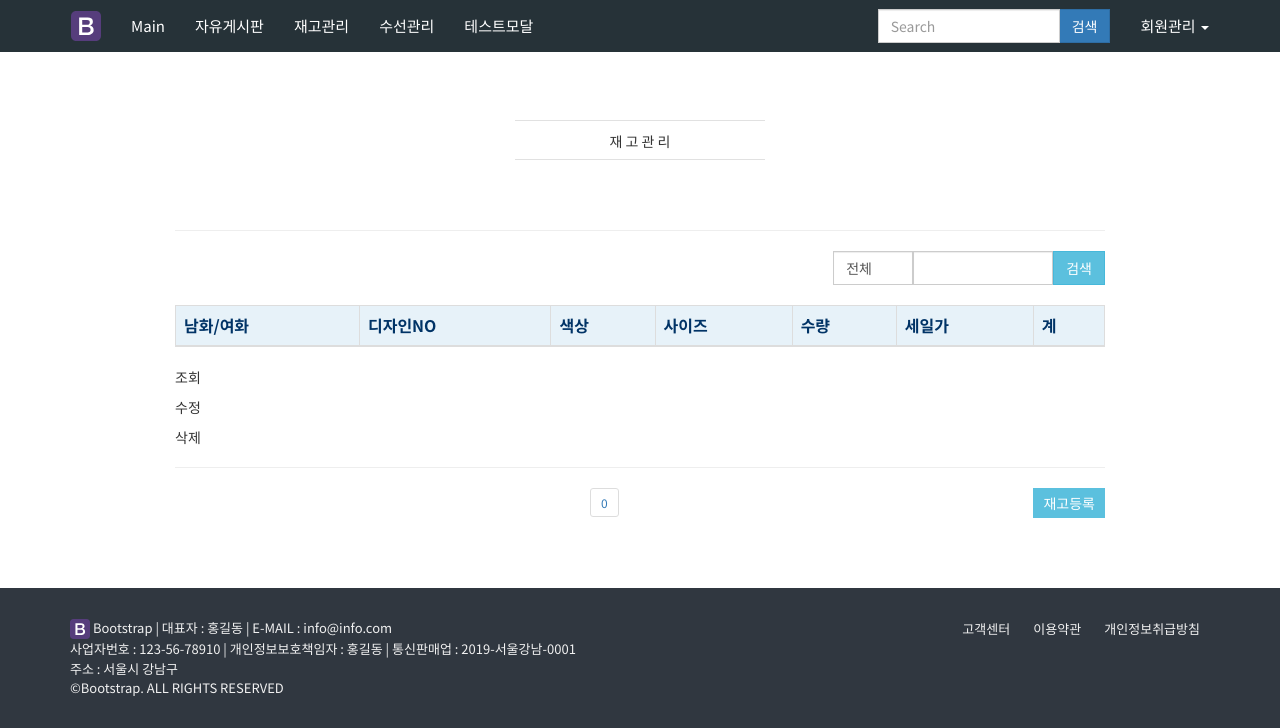
Repository: RattenLegs/Project_Inventory
Page: http://localhost/Project_Inventory/WEB-INF/views/inventoryboard/inventoryList.jsp
The author's editor kept a copy of each file at every save. The page is drawn from the files as they stood at one save, then again after the next save.
The browser window is 1280 px wide. The pictures show the whole page.
Some web libraries are served in a nearby version. The page is served by Tomcat 9. Nobody is signed in. The template is opened directly, without the code that normally fills it, so the values that code supplies are empty.

Above is the page before, as saved 2023-02-13 15:00:34.

After the next save:
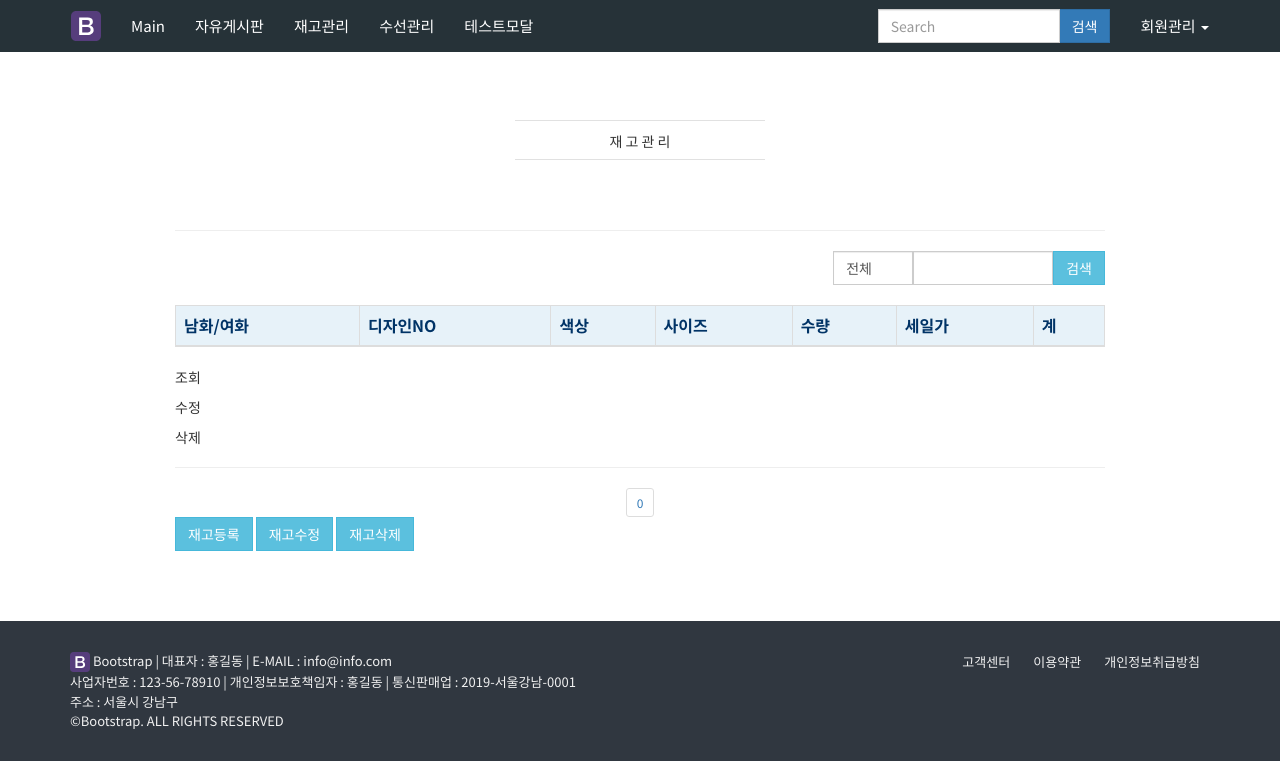
Saved 41 min 56 s later.
--- a/Project_Inventory/src/main/webapp/WEB-INF/views/inventoryboard/inventoryList.jsp
+++ b/Project_Inventory/src/main/webapp/WEB-INF/views/inventoryboard/inventoryList.jsp
@@ -70,8 +70,11 @@
                         	<li><a href="#" data-pagenum="${pc.endPage+1}">다음</a></li>
                         </c:if>
                     </ul>
-                    <button type="button" id="modalOpen" class="btn btn-info">재고등록</button>
+
                     </div>
+                            <button type="button" id="modalOpen" class="btn btn-info">재고등록</button>
+                            <button type="button" class="btn btn-info">재고수정</button>
+                            <button type="button" class="btn btn-info">재고삭제</button>
 
                     <!-- 페이지 관련 버튼(이전, 다음, 페이지번호)을 클릭 시 같이 숨겨서 보내줄 공통 값  -->
                     <input type="hidden" name="pageNum" value="${pc.paging.pageNum}">
